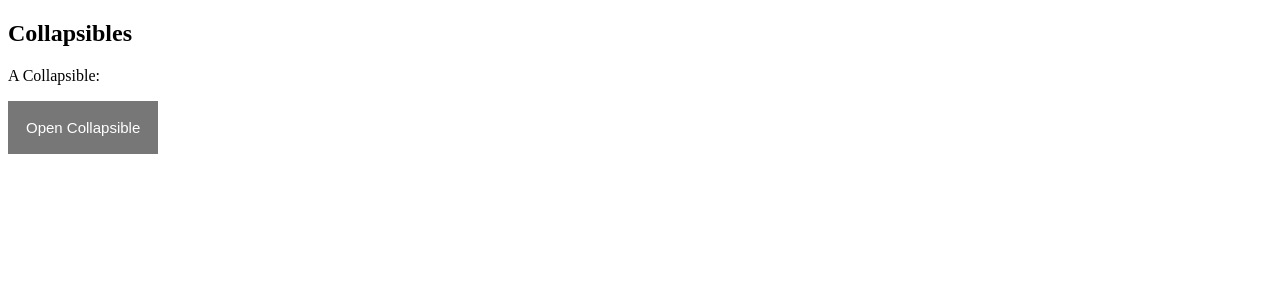
Repository: jpaisiem/WP-4
Page: index.html
The author's editor kept a copy of each file at every save. The page is drawn from the files as they stood at one save, then again after a run of saves.
The browser window is 1280 px wide. The pictures show the whole page.

Above is the page before, as saved 2025-04-29 12:08:02.

### index.html
<!DOCTYPE html>
<html>
<head>
<meta name="viewport" content="width=device-width, initial-scale=1">
<style>
.collapsible {
  background-color: #777;
  color: white;
  cursor: pointer;
  padding: 18px;
  width: fit-content;
  border: none;
  text-align: left;
  outline: none;
  font-size: 15px;
}

.active, .collapsible:hover {
  background-color: #555;
}

.content {
  padding: 0 18px;
  display: none;
  overflow: hidden;
  background-color: #f1f1f1;
}
</style>
</head>
<body>

<h2>Collapsibles</h2>

<p>A Collapsible:</p>
<button type="button" class="collapsible">Open Collapsible</button>
<div class="content">
  <p style="display: flex; flex-direction: column;"><table>
    <tr>
        <th>Header 1</th>
        <th>Header 2</th>
        <th>Header 3</th>
  </table></p>
</div>

<script>
var coll = document.getElementsByClassName("collapsible");
var i;

for (i = 0; i < coll.length; i++) {
  coll[i].addEventListener("click", function() {
    this.classList.toggle("active");
    var content = this.nextElementSibling;
    if (content.style.display === "block") {
      content.style.display = "none";
    } else {
      content.style.display = "block";
    }
  });
}
</script>

</body>
</html>

After the next 2 saves:
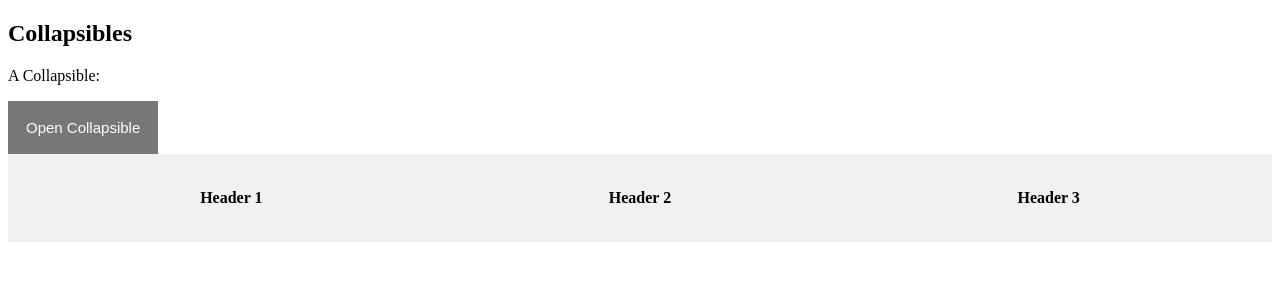
The 2 saves are shown as one change because they came seconds apart.
The last was saved 22 s later.
--- a/index.html
+++ b/index.html
@@ -21,7 +21,8 @@
 
 .content {
   padding: 0 18px;
-  display: none;
+  display: flex;
+  flex-direction: column;
   overflow: hidden;
   background-color: #f1f1f1;
 }
